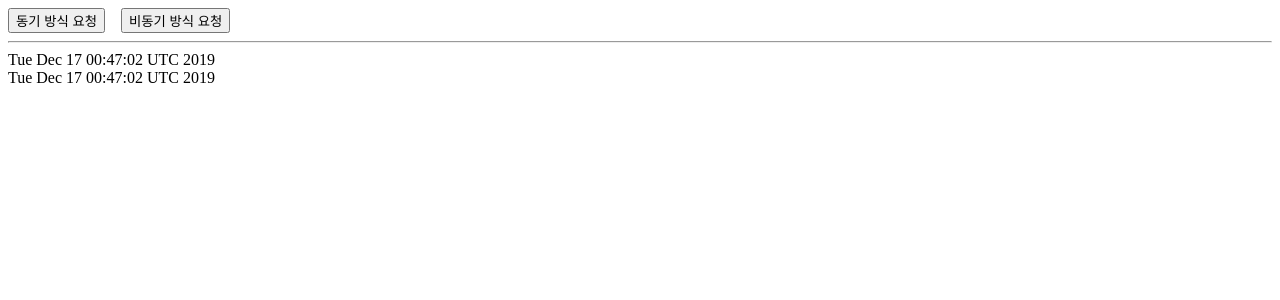
Repository: superThisMe/spring-basic
Page: http://localhost/07.spring-ajax/ajax-example
The author's editor kept a copy of each file at every save. The page is drawn from the files as they stood at one save, then again after the next save.
The browser window is 1280 px wide. The pictures show the whole page.
After loading, the first visible `#async-request` was clicked once.
The page is served by Tomcat 9.

Above is the page before, as saved 2020-01-02 06:08:55.

After the next save:
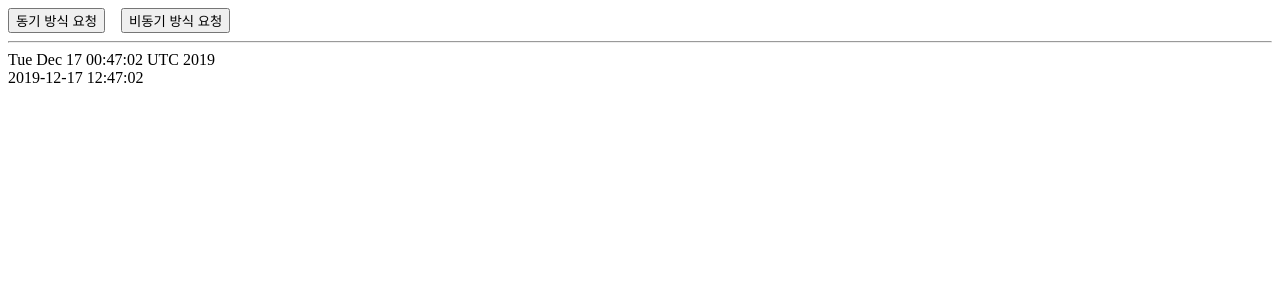
Saved 2 min 12 s later.
--- a/07.spring-ajax/src/main/webapp/WEB-INF/views/ajax-example.jsp
+++ b/07.spring-ajax/src/main/webapp/WEB-INF/views/ajax-example.jsp
@@ -39,7 +39,7 @@
 
 		function processResult() {
 
-			if (proxy.readState == 4) {
+			if (proxy.readyState == 4) {
 				if (proxy.status == 200) {
 					var result = proxy.responseText;
 					$('#message').text(result);
